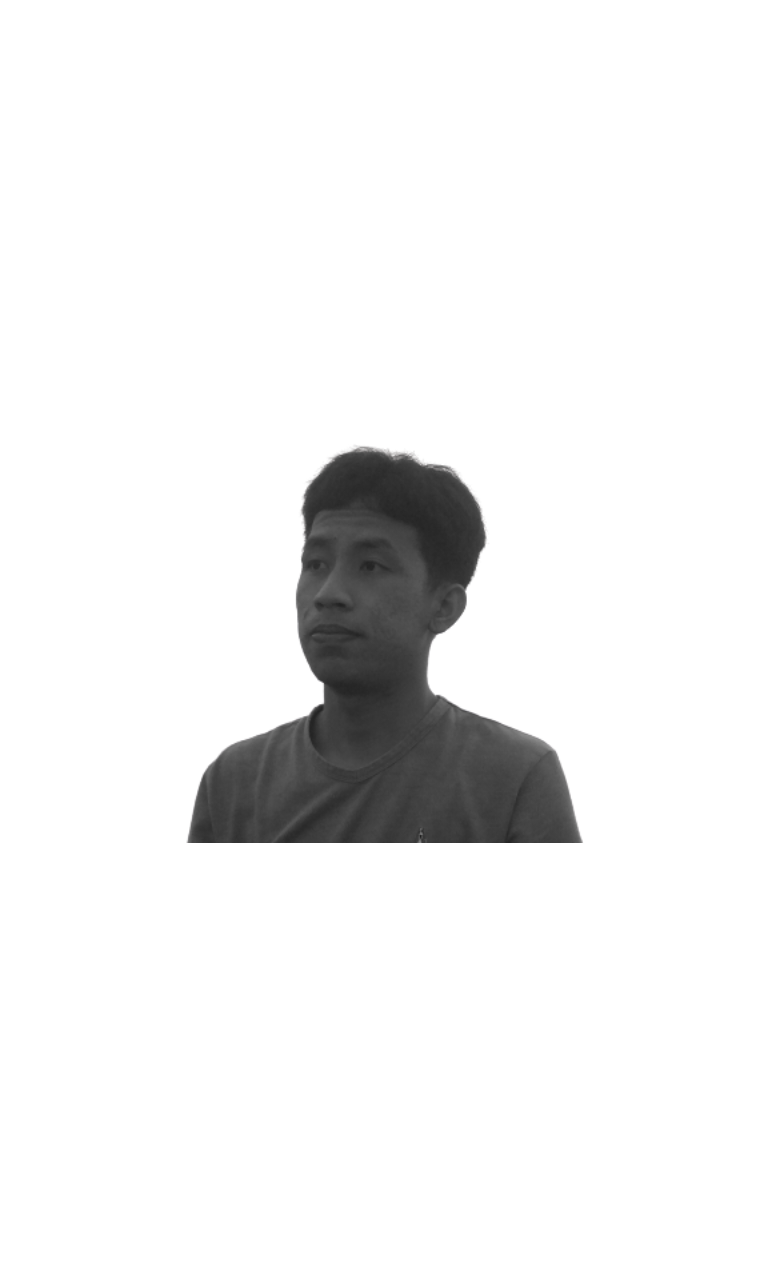
Repository: ikhsan-muhammad/mobile_programming
Layout: Kumpulan Project/Mobile_Muhammad_Ikhsan_19101152630175_IF5/res/layout/activity_login.xml
These files come from the project's save history. The layout is drawn as it stood at one moment and after the next save; the edit follows.
It is drawn on a 768 x 1280 px phone screen (xhdpi) without system bars, with theme AppTheme; the app's code is not run.

Above is the layout before, as saved 2022-07-13 01:20:33.

After the next save:
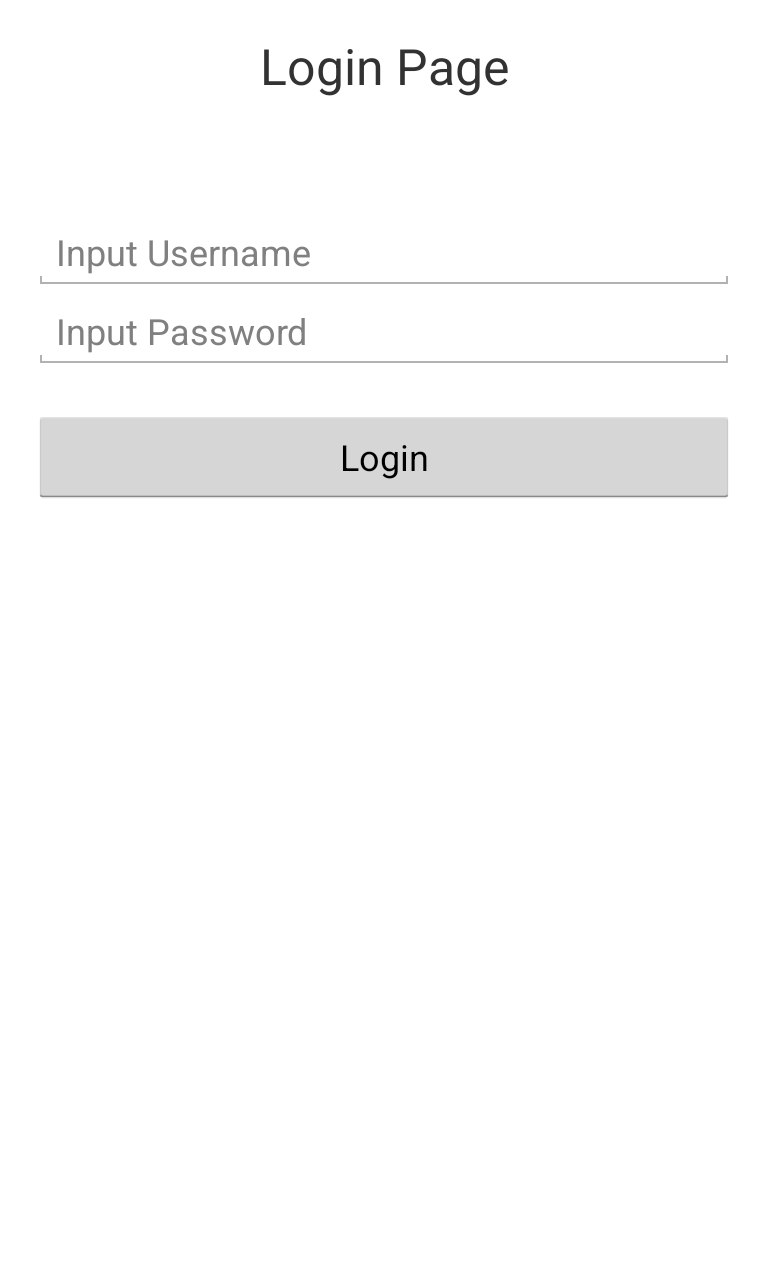
Saved 18 s later.
--- a/Kumpulan Project/Mobile_Muhammad_Ikhsan_19101152630175_IF5/res/layout/activity_login.xml
+++ b/Kumpulan Project/Mobile_Muhammad_Ikhsan_19101152630175_IF5/res/layout/activity_login.xml
@@ -2,26 +2,91 @@
     xmlns:tools="http://schemas.android.com/tools"
     android:layout_width="match_parent"
     android:layout_height="match_parent"
-    android:gravity="center"
     android:paddingBottom="@dimen/activity_vertical_margin"
     android:paddingLeft="@dimen/activity_horizontal_margin"
     android:paddingRight="@dimen/activity_horizontal_margin"
     android:paddingTop="@dimen/activity_vertical_margin"
-    tools:context=".MainActivity" >
+    tools:context=".LoginActivity" >
 
     <LinearLayout
         android:layout_width="match_parent"
-        android:layout_height="match_parent"
-        android:layout_centerHorizontal="true"
-        android:layout_centerVertical="true"
-        android:gravity="center"
+        android:layout_height="wrap_content"
+        android:layout_alignParentLeft="true"
         android:orientation="vertical" >
 
-        <ImageView
-            android:id="@+id/imageView1"
-            android:layout_width="wrap_content"
+        <TextView
+            android:id="@+id/textView1"
+            android:layout_width="match_parent"
             android:layout_height="wrap_content"
-            android:src="@drawable/profil" />
+            android:gravity="center"
+            android:text="Login Page"
+            android:textSize="25sp" />
+
+        <LinearLayout
+            android:layout_width="match_parent"
+            android:layout_height="wrap_content"
+            android:orientation="vertical" >
+
+            <TextView
+                android:id="@+id/textView2"
+                android:layout_width="match_parent"
+                android:layout_height="wrap_content"
+                android:text=" " />
+
+            <TextView
+                android:id="@+id/txt_status"
+                android:layout_width="match_parent"
+                android:layout_height="wrap_content"
+                android:text=" "
+                android:textColor="#ff2800" />
+
+            <TextView
+                android:id="@+id/textView3"
+                android:layout_width="match_parent"
+                android:layout_height="wrap_content"
+                android:text=" " />
+
+            <LinearLayout
+                android:layout_width="match_parent"
+                android:layout_height="wrap_content"
+                android:orientation="vertical" >
+
+                <EditText
+                    android:id="@+id/edit_username"
+                    android:layout_width="match_parent"
+                    android:layout_height="wrap_content"
+                    android:ems="10"
+                    android:hint="Input Username" />
+
+                <EditText
+                    android:id="@+id/edit_pass"
+                    android:layout_width="match_parent"
+                    android:layout_height="wrap_content"
+                    android:ems="10"
+                    android:hint="Input Password" />
+
+                <LinearLayout
+                    android:layout_width="match_parent"
+                    android:layout_height="wrap_content"
+                    android:orientation="vertical" >
+
+                    <TextView
+                        android:id="@+id/textView5"
+                        android:layout_width="match_parent"
+                        android:layout_height="wrap_content"
+                        android:text=" " />
+
+                    <Button
+                        android:id="@+id/btn_login"
+                        android:layout_width="match_parent"
+                        android:layout_height="wrap_content"
+                        android:text="Login" />
+
+                </LinearLayout>
+
+            </LinearLayout>
+
+        </LinearLayout>
 
     </LinearLayout>
 
